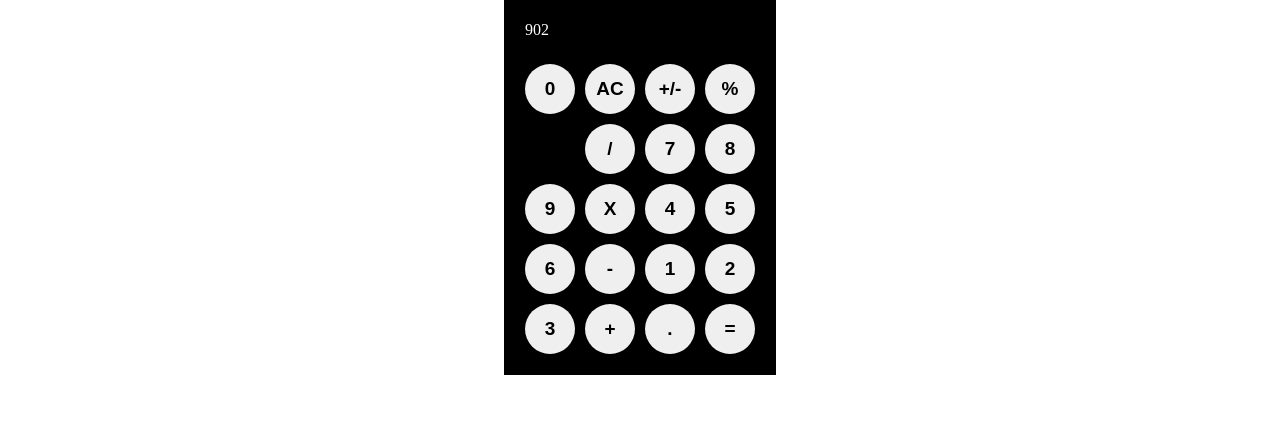
Repository: dmpelaez/calculator
Page: Calculator.html
An editor plug-in stored every save of this project. The page is shown before and after the next save, followed by the edit.
The browser window is 1280 px wide. The pictures show the whole page.

Above is the page before, as saved 2025-12-15 19:59:00.

After the next save:
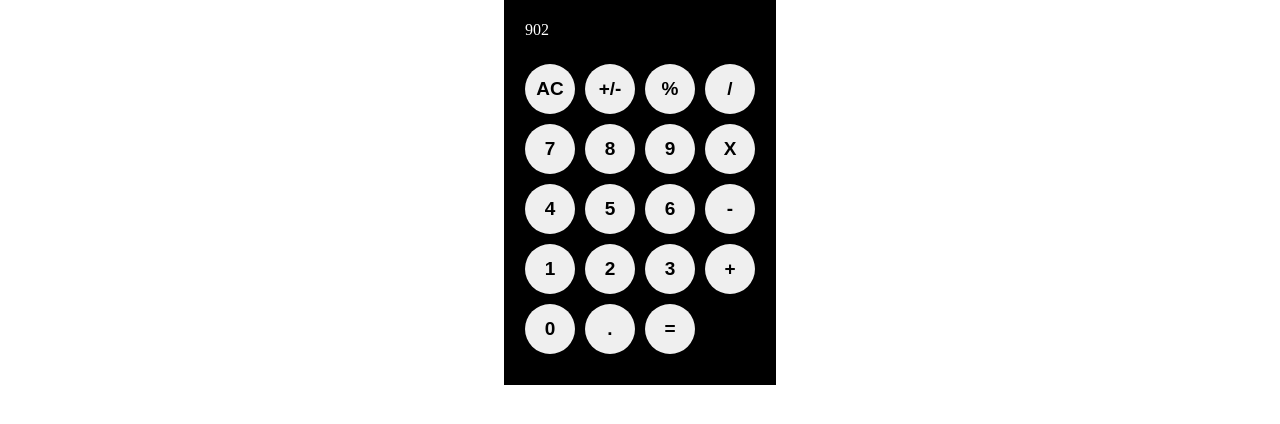
Saved 4 s later.
--- a/Calculator.css
+++ b/Calculator.css
@@ -37,5 +37,5 @@ background: black;
   Font-size: 19px;
 }
 .zero {
-  grid-row: 1 / 2 span;
+  grid-row: 5 / 2 span;
 }
